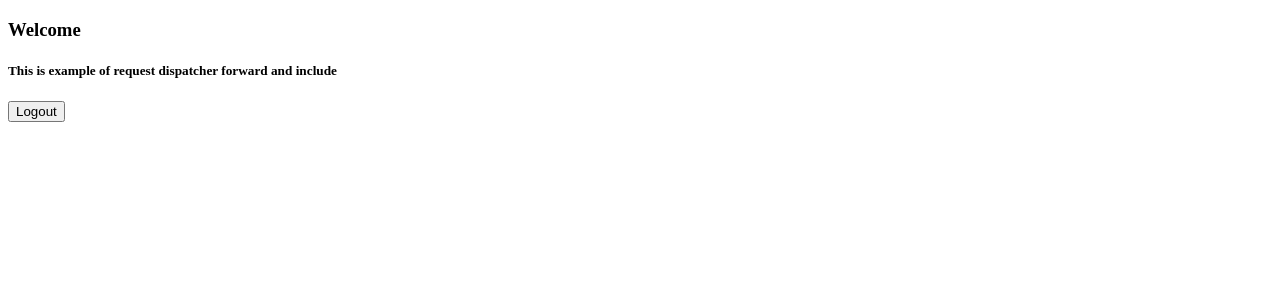
Repository: Sruthakeerthisuriya/Advancejava
Page: MiniProject/SerrvletProject/src/main/webapp/landing-page.html
These files come from the project's save history. The page is drawn as it stood at one moment and after the next save; the edit follows.
The browser window is 1280 px wide. The pictures show the whole page.

Above is the page before, as saved 2022-11-22 08:50:36.

### MiniProject/SerrvletProject/src/main/webapp/landing-page.html
<!DOCTYPE html>
<html>
<head>
<meta charset="UTF-8">
<title>landing page</title>
</head>
<body>
<h3>Welcome</h3>
<h5>This is example of request dispatcher forward and include </h5>
<form action="logout" method="post">
	<button type="submit">Logout</button>
</form>
</body>
</html>

After the next save:
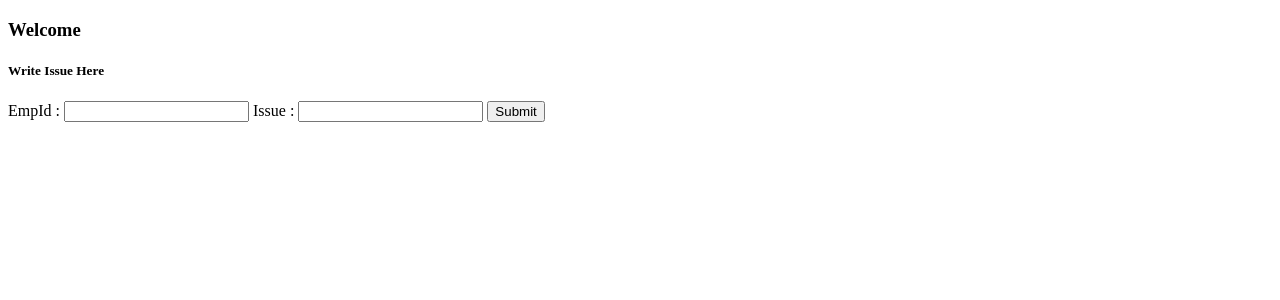
Saved 4 min 51 s later.
--- a/MiniProject/SerrvletProject/src/main/webapp/landing-page.html
+++ b/MiniProject/SerrvletProject/src/main/webapp/landing-page.html
@@ -6,9 +6,11 @@
 </head>
 <body>
 <h3>Welcome</h3>
-<h5>This is example of request dispatcher forward and include </h5>
-<form action="logout" method="post">
-	<button type="submit">Logout</button>
+<h5>Write Issue Here</h5>
+<form action="IssuePage" method="Get">
+EmpId : <input type="text" name="EmpId" id="empid"/>
+Issue : <input type="text" name="Issue" id="issuetype"/>
+    <button type="submit">Submit</button>
 </form>
 </body>
 </html>
